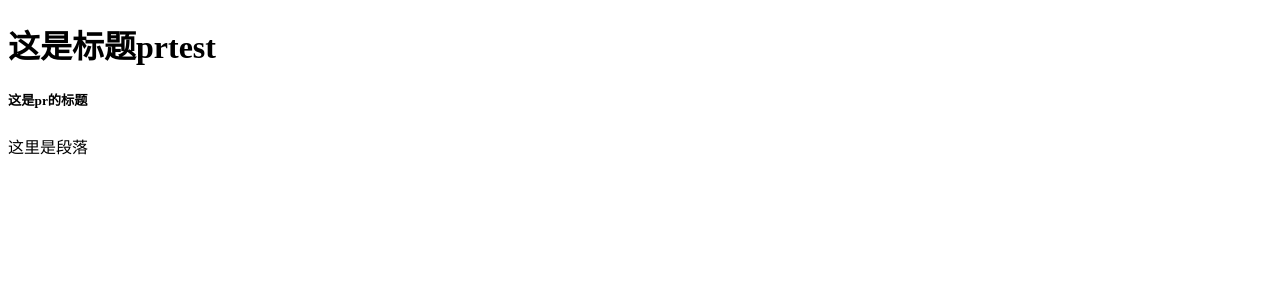
Repository: heerey525/prtest
Page: index.html
These files come from the project's save history. The page is drawn as it stood at one moment and after a run of saves; the edit follows.
The browser window is 1280 px wide. The pictures show the whole page.

Above is the page before, as saved 2019-07-19 16:15:09.

After the next 2 saves:
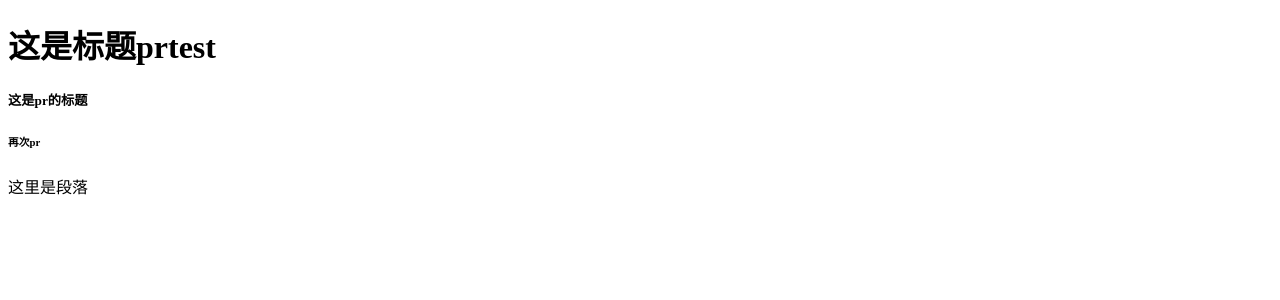
The 2 saves are shown as one change because they came seconds apart.
The last was saved 7 s later.
--- a/index.html
+++ b/index.html
@@ -11,7 +11,7 @@
 <body>
     <h1>这是标题prtest</h1>
     <h5>这是pr的标题</h5>
-    <h6></h6>
+    <h6>再次pr</h6>
     <p>这里是段落</p>
 </body>
 
